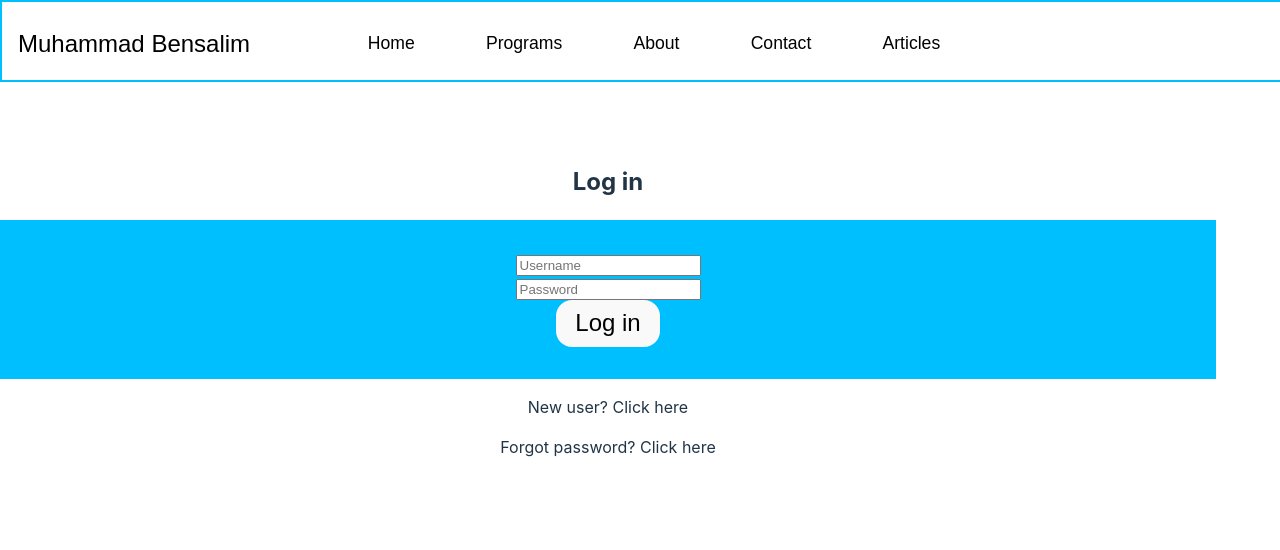
Repository: TMuse333/fitness_templates
Page: /progress
An editor plug-in stored every save of this project. The page is shown before and after the next save, followed by the edit.
The browser window is 1280 px wide. The pictures show the whole page.
The project was rebuilt for these pictures with package versions that can differ from the ones it lists, and the page was loaded fresh each time. Also part of the build but not shown: vite.config.js, src/components/herobanner/herobanner.css, src/components/herobanner/herobanner.jsx, src/components/about/about.css, src/components/about/about.jsx, src/components/serviceOffering/serviceOffering.css, src/components/serviceOffering/serviceOffering.jsx, src/data/data.js and 33 more. Imported but missing from the stored project, and not drawn on this page: src/media/best_dunk.mp4.

Above is the page before, as saved 2024-03-09 19:30:38.

### src/main.jsx
import './index.css'
import * as React from 'react';
import { StrictMode } from 'react';
import { createRoot } from 'react-dom/client';
import { BrowserRouter } from 'react-router-dom';

import App from './App';

const rootElement = document.getElementById('root');
const root = createRoot(rootElement);

root.render(
  <StrictMode>
    <BrowserRouter>
      <App />
    </BrowserRouter>
  </StrictMode>
);

### src/index.css
:root {
  font-family: Inter, system-ui, Avenir, Helvetica, Arial, sans-serif;
  line-height: 1.5;
  font-weight: 400;

  color-scheme: light dark;
  color: rgba(255, 255, 255, 0.87);
  background-color: #242424;

  font-synthesis: none;
  text-rendering: optimizeLegibility;
  -webkit-font-smoothing: antialiased;
  -moz-osx-font-smoothing: grayscale;
}

a {
  font-weight: 500;

  text-decoration: inherit;
}
a:hover {

}

body {
  margin: 0;
  display: flex;
  place-items: center;
  min-width: 320px;
  min-height: 100vh;
}

h1 {
  font-size: 3.2em;
  line-height: 1.1;
}

button {
/* border: none;
  padding: 0.6em 1.2em;
  font-size: 1em;
  font-weight: 500;
  font-family: inherit;

  cursor: pointer;
  transition: border-color 0.25s;
  transition: all 0.3s ease-in; */
  background-color: #00bfff;

  font-size: 1.5rem;
  border-radius: 1rem;
  padding: 0.6rem 1.2rem;
  font-weight: 500;
  border: none;
  margin: 0 auto;
}
button:hover {
  /* transform: scale(1.3); */

}
button:focus,
button:focus-visible {
  outline: 4px auto -webkit-focus-ring-color;
}

@media (prefers-color-scheme: light) {
  :root {
    color: #213547;
    background-color: #ffffff;
  }
  a:hover {
    color: #747bff;
  }
  button {
    background-color: #f9f9f9;
  }
}

### src/App.jsx
import { useState } from 'react'

import './App.css'
import Homepage from '../pages/homepage'
import Program from '../pages/program';
import { BrowserRouter as Router, Route, Routes } from 'react-router-dom';
import Contact from '../pages/contact';
import About from '../pages/about';
import Articles from '../pages/articles';
import Progress from '../pages/progress';


function App() {
  const [count, setCount] = useState(0)

  return (
    <>
    <Routes>
      <Route path='/'
        element={<Homepage/>}
        />
        <Route path='programs'
        element={<Program/>}
        />
        <Route path='contact'
        element={<Contact/>}
        />
        <Route path='about'
        element={<About/>}
        />
        <Route path='articles'
        element={<Articles/>}
        />
        <Route path='progress'
        element={<Progress/>}
        />
    </Routes>

    </>
  )
}

export default App

### src/App.css
#root {
  max-width: 1280px;
  margin: 0 auto;
  padding: 2rem;
  text-align: center;
}

.logo {
  height: 6em;
  padding: 1.5em;
  will-change: filter;
  transition: filter 300ms;
}
.logo:hover {
  filter: drop-shadow(0 0 2em #646cffaa);
}
.logo.react:hover {
  filter: drop-shadow(0 0 2em #61dafbaa);
}

.homepage{
  position: absolute;
  left:0;
  top:0;
  overflow-x: hidden;
  background: radial-gradient(circle at center, rgba(1, 181, 241, 0.7), rgba(24, 60, 84, 0.7));
}

.program-container, .personal-container, .articles-container
{
  position: absolute;
  top:0;
  left:0;
  overflow-x: hidden;
}

.progress-container{
  position: absolute;
  left:0;
  top:20%;
}

.program-video{
  background-color: red;
}

.questions-list{
  margin-bottom: 3rem;
}



@keyframes logo-spin {
  from {
    transform: rotate(0deg);
  }
  to {
    transform: rotate(360deg);
  }
}

@media (prefers-reduced-motion: no-preference) {
  a:nth-of-type(2) .logo {
    animation: logo-spin infinite 20s linear;
  }
}

.card {
  padding: 2em;
}

.read-the-docs {
  color: #888;
}

### pages/progress.jsx
import React from "react";
import Navbar from "../src/components/navbar/navbar";
import Login from "../src/components/login/Login";



const Progress = () => {

    const links = [
        {
            dest:'/',
            name:'Home'
          },
        {
            dest:'programs',
            name:'Programs'
        },
        {
            dest:'about',
            name:'About'
        },
        {
            dest:'contact',
            name:'Contact'
        },
        {
            dest:'articles',
            name:"Articles"
        },

    ]

    return (<>
<Navbar links={links}
/>
<div className="progress-container">


       <Login/>
       </div>
        </>

    )
}


export default Progress

### src/components/navbar/navbar.jsx
import React, { useState,useEffect } from 'react';
// import { FaArrowLeft, FaArrowRight } from 'react-icons/fa';
import { Link } from 'react-router-dom';
import './navbar.css'

import nobg from '../../media/quantum-striker-pose.png'





const Navbar = ({links,id}) => {
  const [subMenuVisible, setSubMenuVisible] = useState(false);
  const [isMobile, setIsMobile] = useState(true)
  const [hovered, setHovered] = useState(false)
  const [navHovered, setNavHovered] = useState(null)

  const handleMouseEnter = () => {
    setHovered(true)
  }

  const handleMouseLeave = () => {
    setHovered(false)
  }

  const handleNavEnter = (index) => {
    setNavHovered(index);
  };

  const handleNavLeave = () => {
    setNavHovered(null);
  };

  const toggleSubMenu = () => {

    setSubMenuVisible(!subMenuVisible);
  };


  useEffect(() => {
    // Function to update sub-menu visibility when the screen width changes
    const handleResize = () => {
      const screenWidth = window.innerWidth;
      setIsMobile(!(screenWidth >= 865)); // Set subMenuVisible to true if screen width is at least 415 pixels
    };

    // Add a resize event listener to update the sub-menu visibility
    window.addEventListener('resize', handleResize);

    // Initial call to set sub-menu visibility based on current screen width
    handleResize();

    // Clean up the event listener when the component unmounts
    return () => {
      window.removeEventListener('resize', handleResize);
    };
  }, []);

  const style = {
height: isMobile && !subMenuVisible ? '0px' :  isMobile ? '190px' : 'auto',
overflowY:'hidden',
width: isMobile ?'80px':'auto',
backgroundImage: isMobile ? 'linear-gradient(to right, #00bfff, #4db8ff, #64bcff, #00bfff)' : null,
transition: isMobile? 'height 0.3s ease-in,padding 0.3s ease-in' : null,
marginTop: isMobile ? '1rem' : null,
borderRadius:'10px',
paddingTop:subMenuVisible ?'1rem' : '0'



  };

  const navStyle = (index) => {

    return{
      backgroundColor: navHovered === index? '#00bfff' : null,
      padding:'0 0.55rem 0 0.55rem',
      borderRadius:'7px',
      // color:navHovered === index? '#6c5933' : null,
    }
  }

  const logoStyle = {
    transform: hovered || subMenuVisible? 'scale(1.3)' : 'scale(1)',
    width:'50px',
    transition:'all ease-in 0.3s',
    backgroundColor:'transparent',
    marginTop:'-1rem'
  }

  return (

    <div className='navbar-container'
    id={id}>
    <p
          className='big-logo'
          style={logoStyle}
          />
    <div className='navbar-logo'>

   <Link to='/'
   className='home-nav'>


        <p className='navbar-logo'
      >Muhammad Bensalim</p>
       </Link>

      </div>




      <div className='list-container'>
        <button onClick={toggleSubMenu}

        className='mini-logo'

        >



       <img style={logoStyle}
       onMouseEnter={handleMouseEnter}
       onMouseLeave={handleMouseLeave}
       src={nobg}

 />
        </button>
        <ul
        className='nav-list'
        style={style}

         >

          {links.map((link,index) => (
            <Link to={link.dest}
            key={index}
            className='nav-link'>
                <li
                onMouseEnter={()=>handleNavEnter(index)}
                onMouseLeave={()=>handleNavLeave()}
                style={navStyle(index)}>
                  {link.name}
                </li>
            </Link>
          ))}

        </ul>
      </div>




       </div>

  );
};

export default Navbar;

### src/components/login/Login.jsx
import React from "react";
import './login.css'

const Login = () => {
  return (
    <>
      <div className="login-container">
        <h2>Log in</h2>
        <div className="login-box">
          <form>
            <div className="form-group">

              <input type="text" id="username" name="username"
              placeholder="Username"/>
            </div>

            <div className="form-group">

              <input type="password" id="password" name="password"
              placeholder="Password" />
            </div>

            <button type="submit">Log in</button>
          </form>

        </div>
        <p>New user? Click here</p>
        <p>Forgot password? Click here</p>
      </div>
    </>
  );
};

export default Login;

### src/components/navbar/navbar.css
/* Add this to your navbar.css file */

.navbar-container{


    position: fixed;
     width: 100vw;

     top: 0px;
     left:0px;
     background:rgba(255, 255, 255, 0.7) ;

     height: 70px;
     z-index: 30;
  padding-top: 0.5rem;
  border-bottom: 2px solid #333;

    border: 2px solid #00bfff;

   }

   #overview-nav{
    background: radial-gradient(circle at center, rgba(0, 153, 205, 0.7), rgba(48, 115, 160, 0.9));
   }

   .big-logo{
     display: none;
   }

   .list-container {
    color:white;
    transform: translateY(-2.5rem);
    width:min-content;
    margin-left: auto;
    /* background-color: #BE9F5B; */
    margin-right: 2rem;
  /* background: linear-gradient(to right, #6c5933, #be9f5b, #6c5933);; */



   }

   .nav-list{
     /* margin-right: 2rem; */
     width: 50px;
     align-items: center;
     display:flex;
     flex-direction: column;
     margin-right: -1.5rem;
     color:black;
     /* background-color: #BE9F5B;
     background: linear-gradient(to right, #6c5933, #be9f5b, #6c5933); */
   }

   .home-nav{
    text-decoration: none;
   }

   .list-container li{
     list-style-type: none;
     /* transform: translateX(-25%); */
     padding:10px;
     color:black;
     font-weight: 500;
     transform: translateX(-1rem);
     font-family: 'Palatino Sans', 'Palatino Sans Informal', 'Palatino Sans Text', 'Palatino Sans W1G', 'Palatino Sans W01', sans-serif;
    text-decoration: none;
    margin-top: 0.5rem;
    margin-bottom: 1rem;
    /* color:white; */



     /* margin-top: -2rem; */

   }

   .list-container li a {
    text-decoration: none;
    color:white;
   }

   .mini-logo {
     display: flex;
     justify-content: center;
     align-items: center;
     margin-top: -1rem;
     height: 2.5rem;
     width: 2rem; /* Set the width and height to make it a perfect circle */
     padding: 0; /* Remove padding */
     border-radius: 50%; /* Make it circular */
     margin-left: auto;

     /* margin-right: auto; */
     background-color: transparent;
     border-color: transparent;



   }

   .navbar-logo{
     color:black;
     text-align: left;
     margin-left: 0.5rem;
     font-family: 'Abhaya Libre', sans-serif;
     font-size: 1.3rem;
     margin-top: 1.3rem;
     /* background-color: #BE9F5B; */
     /* background-image: url(src/media/SAINEY-MEDIA.png); */

   }

   .nav-button::before,
   .nav-button::after {
     content: '';
     position: absolute;
     background-color: #d15959; /* Set the color of the lines */
     height: 2px; /* Set the height of the lines */
     width: 10%; /* Set the width of the lines */
   }

   .nav-button::before {
     top: 5%;
   }

   .nav-button::after {
     top: 8%;
   }

  .nav-link{
  text-decoration: none;
  color:white;
  }

  @media screen and (min-width:400px){
    .mini-logo{
      margin-right: 1.5rem;
    }
  }



   @media screen and (min-width: 865px)  {
     .nav-list {
       display: flex;
       width:max-content;
       flex-direction: row;
       justify-content: space-between;
       padding:0 5px 0 5px;
       margin-top: -0.8rem;
       height:100%;
       /* transform: translateX(1rem); */
       /* background-color: rgb(38, 37, 79); */
       /* background-color: #d15959; */




       /* background-color: ; */
     }

     /* .navbar-container{
      width:98vw;
     } */

     .list-container{
      width:45vw;
      margin-top: -1.5rem;
     }

     .list-container li{
      font-size: 1.1rem;
      font-weight: 400;
     }



     .nav-button{
       /* display: none; */
     }

     .list-container li{
       transform: translateX(0rem);
       white-space: nowrap;
       padding:0;
     }

     .list-container{

       margin-left: auto;
       margin-right: auto;
     }

     .mini-logo{
       display: none;
     }

     .navbar-logo{
      font-size: 1.5rem;
      margin-top: 1rem;
     }

     .big-logo{
       position: absolute;
       right:2rem;
       display: flex;
       top:1rem;
     }

     /* .navbar-logo{
       display: none;
     } */
   }

### src/components/login/login.css
.login-box{
    background-color: #00bfff;
    padding:2rem;
    width:90vw;
    margin:0 auto;
}

.login-contanier{
    width:100vw;
}

Loaded but not shown: index.html (common file)

After the next save:
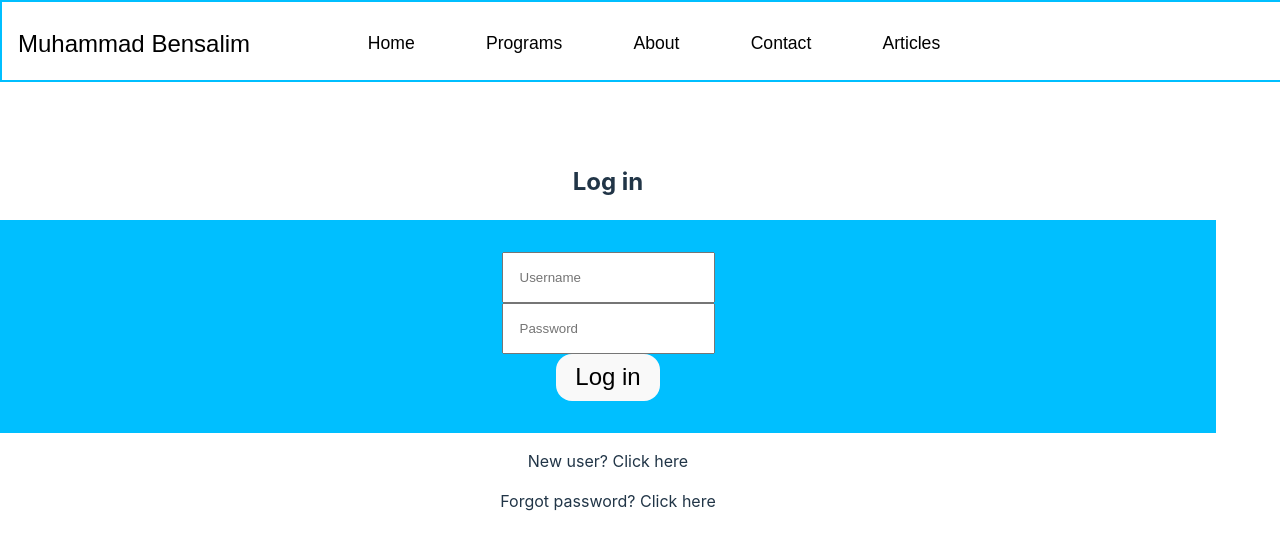
Saved 52 s later.
--- a/src/components/login/login.css
+++ b/src/components/login/login.css
@@ -5,6 +5,10 @@
     margin:0 auto;
 }
 
+.login-box input{
+    padding:1rem
+}
+
 .login-contanier{
     width:100vw;
 }
